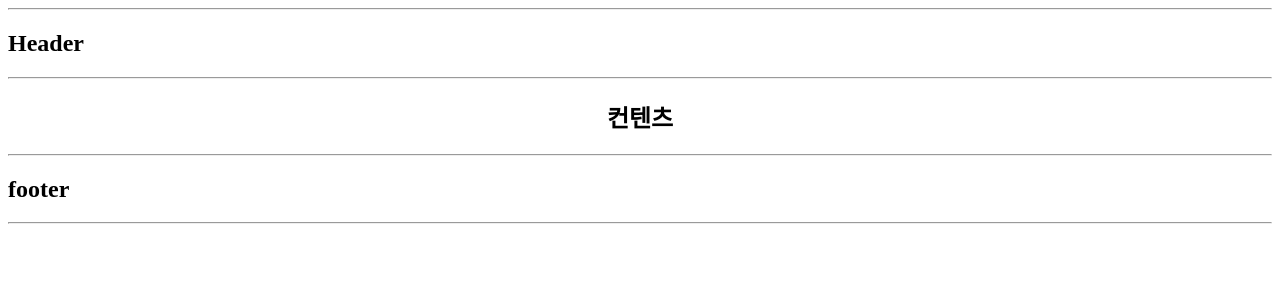
Repository: ksh940911/KH_SEMI_PROJECT
Page: http://localhost/yeogiyo/index.jsp
An editor plug-in stored every save of this project. The page is shown before and after the next save, followed by the edit.
The browser window is 1280 px wide. The pictures show the whole page.
The page is served by Tomcat 9. Nobody is signed in. The application's start-up code is not run.

Above is the page before, as saved 2021-04-14 12:51:11.

After the next save:
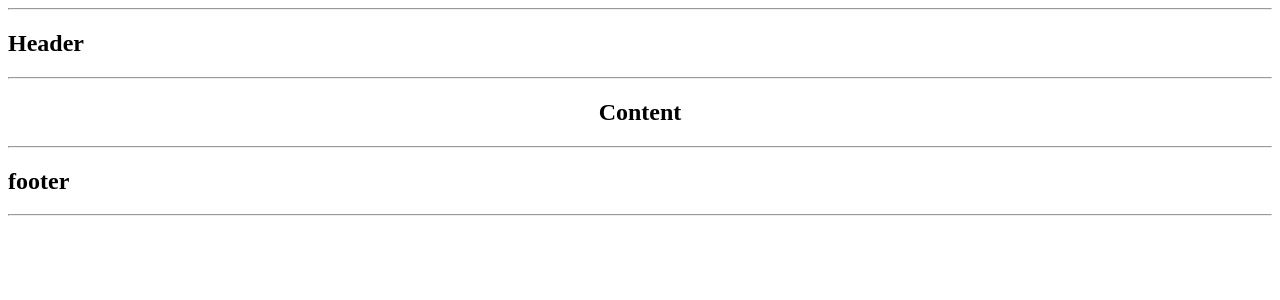
Saved 26 s later.
--- a/yeogiyo/WebContent/index.jsp
+++ b/yeogiyo/WebContent/index.jsp
@@ -2,6 +2,6 @@
     pageEncoding="UTF-8"%>
 <%@ include file="/WEB-INF/views/common/header.jsp" %>
 
-	<h1 align="center" style="margit-top:400px;">컨텐츠</h1>
+	<h1 align="center" style="margit-top:400px;">Content</h1>
 
 <%@ include file="/WEB-INF/views/common/footer.jsp" %>
